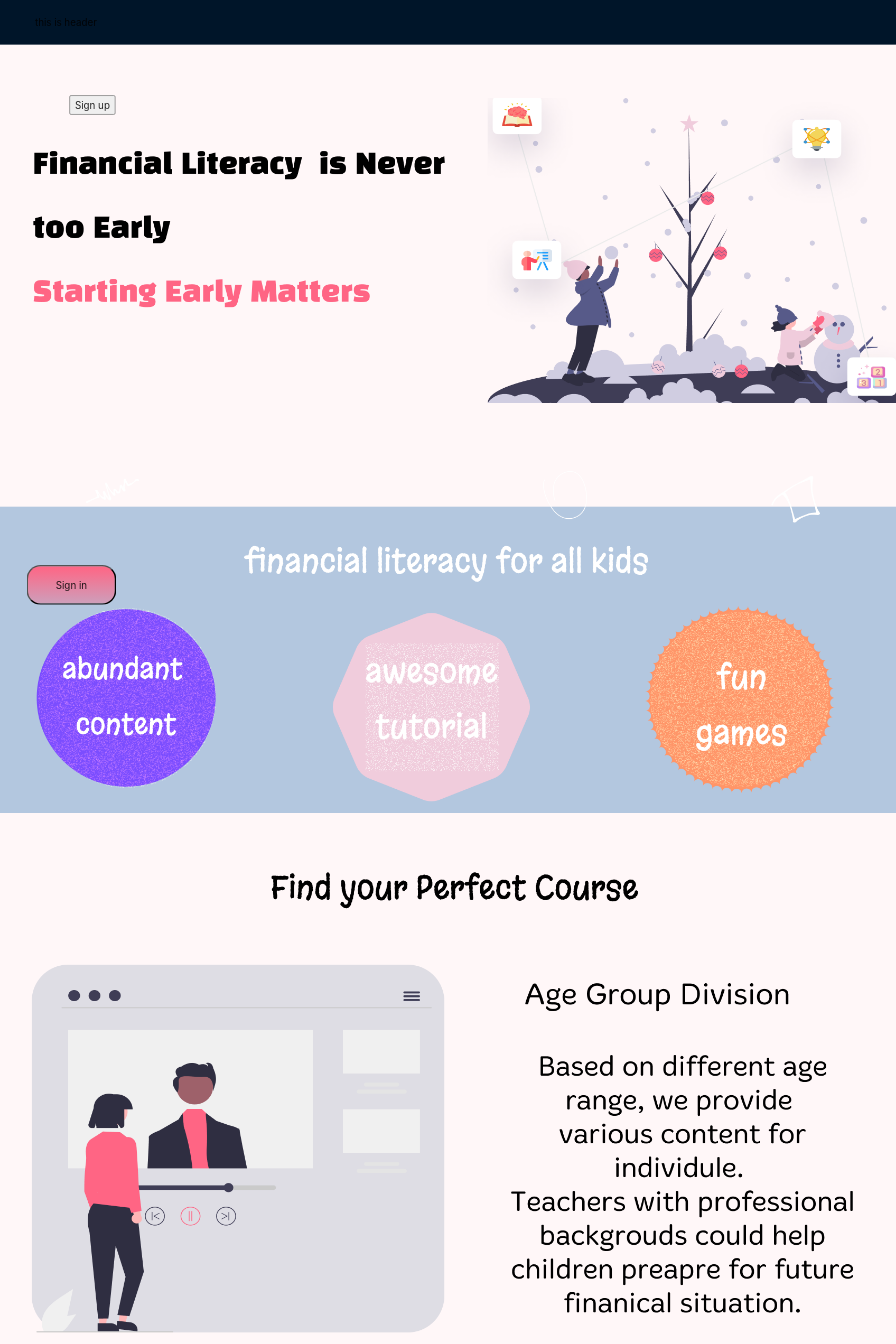
Repository: Zoe-XJ-Zhang/Goldilocks
Page: /
An editor plug-in stored every save of this project. The page is shown before and after the next save, followed by the edit.
The browser window is 1280 px wide. The pictures show the part of the page from y = 0 to 1920 px (the page is 2775 px tall), at 70% of full size.
The project was rebuilt for these pictures with package versions that can differ from the ones it lists, and the page was loaded fresh each time. Also part of the build but not shown: src/page/roadmapPage/roadmapPage.js, src/page/aboutPage/aboutPage.js.

Above is the page before, as saved 2022-08-31 17:03:05.

After the next save:
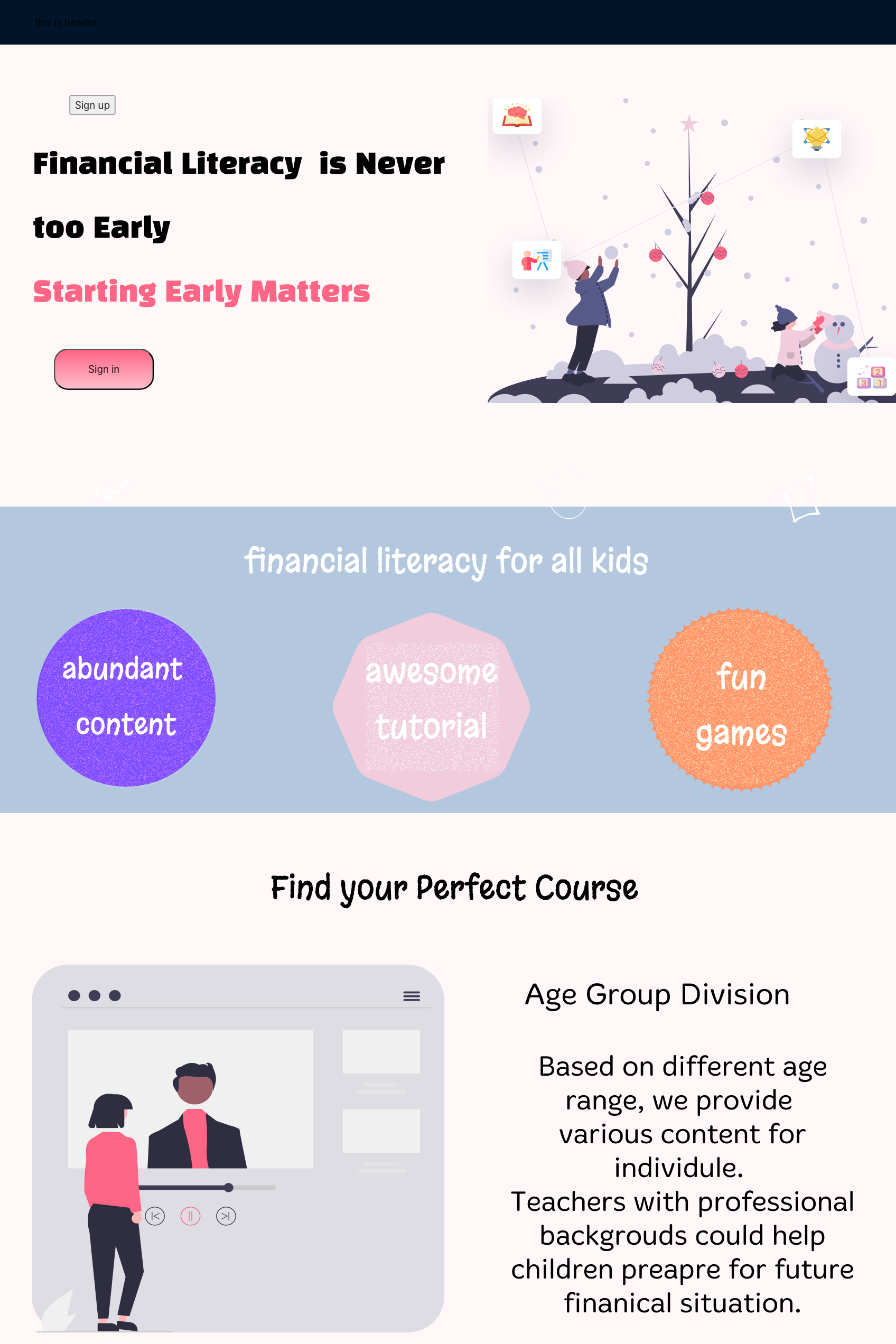
Saved 98 s later.
--- a/src/page/homePage/homePage.css
+++ b/src/page/homePage/homePage.css
@@ -4,10 +4,10 @@ img{
     object-fit: contain;
 }
 .signin{
-    width: 128px;
-height: 57px;
-left: 38px;
-top: 807px;
+    width: 143px;
+    height: 59px;
+    left: 77px;
+    top: 498px;
 
 background: linear-gradient(180deg, #FF6584 0%, rgba(255, 83, 118, 0.35) 100%);
 border-radius: 20px;
